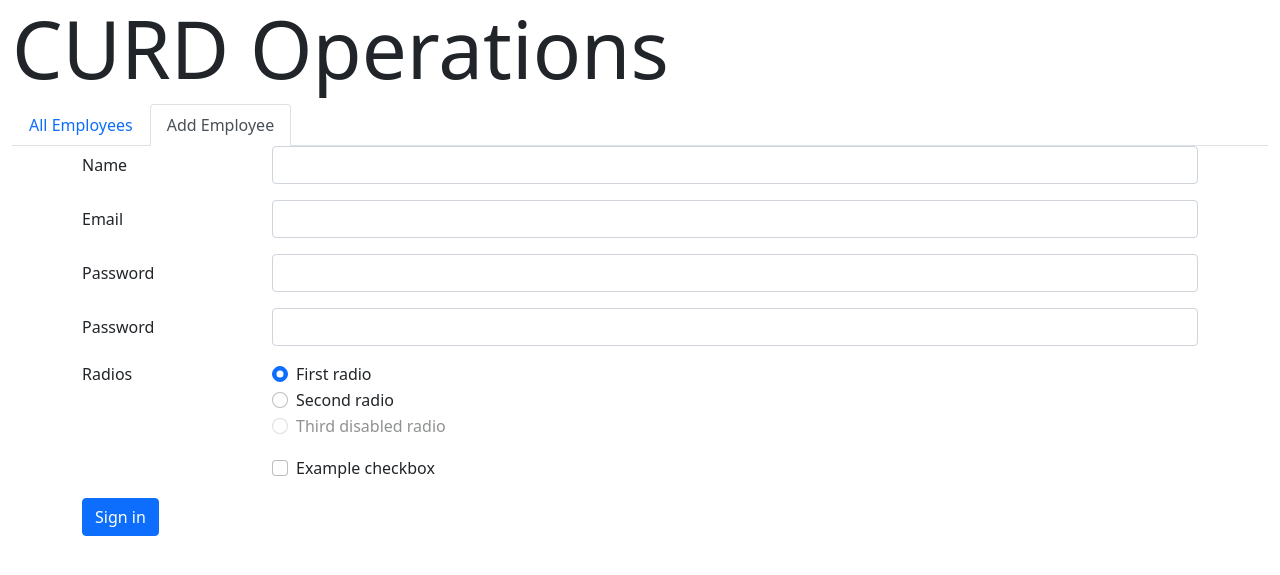
Repository: code8sam/SpringAndSpringBoot
Page: http://localhost/curdoperationsusingmvc/WEB-INF/views/insertEmployeeForm.jsp
An editor plug-in stored every save of this project. The page is shown before and after the next save, followed by the edit.
The browser window is 1280 px wide. The pictures show the whole page.
The page is served by Tomcat 9. Nobody is signed in. Other server files are loaded and not shown. The template is opened directly, without the code that normally fills it, so the values that code supplies are empty.

Above is the page before, as saved 2022-04-08 11:57:53.

### springs/HESE7/curdoperationsusingmvc/src/main/webapp/WEB-INF/views/insertEmployeeForm.jsp
<%@ page language="java" contentType="text/html; charset=ISO-8859-1"
	pageEncoding="ISO-8859-1"%>

	<%@ taglib uri = "http://java.sun.com/jsp/jstl/core" prefix = "c" %>
<!DOCTYPE html>
<html>
<head>
<meta http-equiv="Content-Type" content="text/html; charset=ISO-8859-1">
<title>All Employees</title>

<link
	href="https://cdn.jsdelivr.net/npm/bootstrap@5.1.3/dist/css/bootstrap.min.css"
	rel="stylesheet"
	integrity="sha384-1BmE4kWBq78iYhFldvKuhfTAU6auU8tT94WrHftjDbrCEXSU1oBoqyl2QvZ6jIW3"
	crossorigin="anonymous">
<script
	src="https://cdn.jsdelivr.net/npm/bootstrap@5.1.3/dist/js/bootstrap.bundle.min.js"
	integrity="sha384-ka7Sk0Gln4gmtz2MlQnikT1wXgYsOg+OMhuP+IlRH9sENBO0LRn5q+8nbTov4+1p"
	crossorigin="anonymous"></script>
</head>
<body>
	<div class="container-fluid">
		<h1 class="display-1">CURD Operations</h1>

		<ul class="nav nav-tabs">
			<li class="nav-item"><a class="nav-link" aria-current="page" href="./display">All Employees</a></li>
			<li class="nav-item"><a class="nav-link active" href="./insert">Add Employee</a></li>
		</ul>
	<div class="container-sm container-fluid">
		<form>
		<div class="row mb-3">
		    <label for="inputEmail3" class="col-sm-2 col-form-label">Name</label>
		    <div class="col-sm-10">
		      <input type="text" class="form-control" id="inputEmail3" name="name">
		    </div>
		  </div>
		  <div class="row mb-3">
		    <label for="inputEmail3" class="col-sm-2 col-form-label">Email</label>
		    <div class="col-sm-10">
		      <input type="email" class="form-control" id="inputEmail3" name="email">
		    </div>
		  </div>
		  <div class="row mb-3">
		    <label for="inputPassword3" class="col-sm-2 col-form-label">Password</label>
		    <div class="col-sm-10">
		      <input type="password" class="form-control" id="inputPassword3">
		    </div>
		  </div>
		  <div class="row mb-3">
		    <label for="inputPassword3" class="col-sm-2 col-form-label">Password</label>
		    <div class="col-sm-10">
		      <input type="password" class="form-control" id="inputPassword3">
		    </div>
		  </div>
		  <fieldset class="row mb-3">
		    <legend class="col-form-label col-sm-2 pt-0">Radios</legend>
		    <div class="col-sm-10">
		      <div class="form-check">
		        <input class="form-check-input" type="radio" name="gridRadios" id="gridRadios1" value="option1" checked>
		        <label class="form-check-label" for="gridRadios1">
		          First radio
		        </label>
		      </div>
		      <div class="form-check">
		        <input class="form-check-input" type="radio" name="gridRadios" id="gridRadios2" value="option2">
		        <label class="form-check-label" for="gridRadios2">
		          Second radio
		        </label>
		      </div>
		      <div class="form-check disabled">
		        <input class="form-check-input" type="radio" name="gridRadios" id="gridRadios3" value="option3" disabled>
		        <label class="form-check-label" for="gridRadios3">
		          Third disabled radio
		        </label>
		      </div>
		    </div>
		  </fieldset>
		  <div class="row mb-3">
		    <div class="col-sm-10 offset-sm-2">
		      <div class="form-check">
		        <input class="form-check-input" type="checkbox" id="gridCheck1">
		        <label class="form-check-label" for="gridCheck1">
		          Example checkbox
		        </label>
		      </div>
		    </div>
		  </div>
		  <button type="submit" class="btn btn-primary">Sign in</button>
		</form>
		</div>

	</div>
</body>
</html>

After the next save:
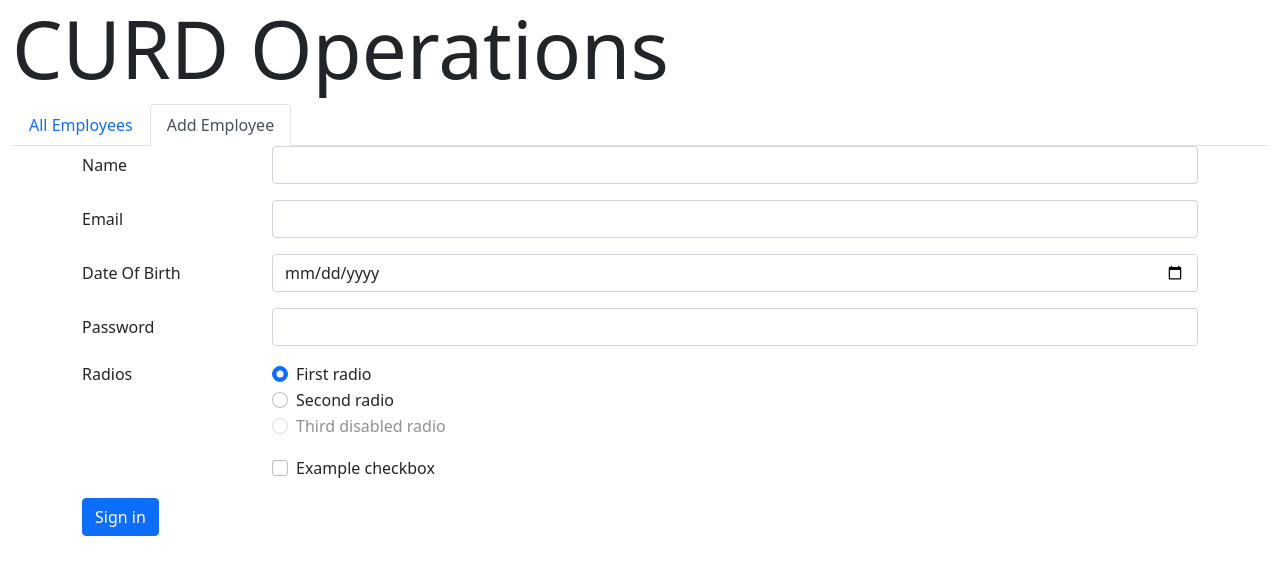
Saved 28 s later.
--- a/springs/HESE7/curdoperationsusingmvc/src/main/webapp/WEB-INF/views/insertEmployeeForm.jsp
+++ b/springs/HESE7/curdoperationsusingmvc/src/main/webapp/WEB-INF/views/insertEmployeeForm.jsp
@@ -41,9 +41,9 @@
 		    </div>
 		  </div>
 		  <div class="row mb-3">
-		    <label for="inputPassword3" class="col-sm-2 col-form-label">Password</label>
+		    <label for="inputPassword3" class="col-sm-2 col-form-label">Date Of Birth</label>
 		    <div class="col-sm-10">
-		      <input type="password" class="form-control" id="inputPassword3">
+		      <input type="date" class="form-control" id="inputPassword3">
 		    </div>
 		  </div>
 		  <div class="row mb-3">
